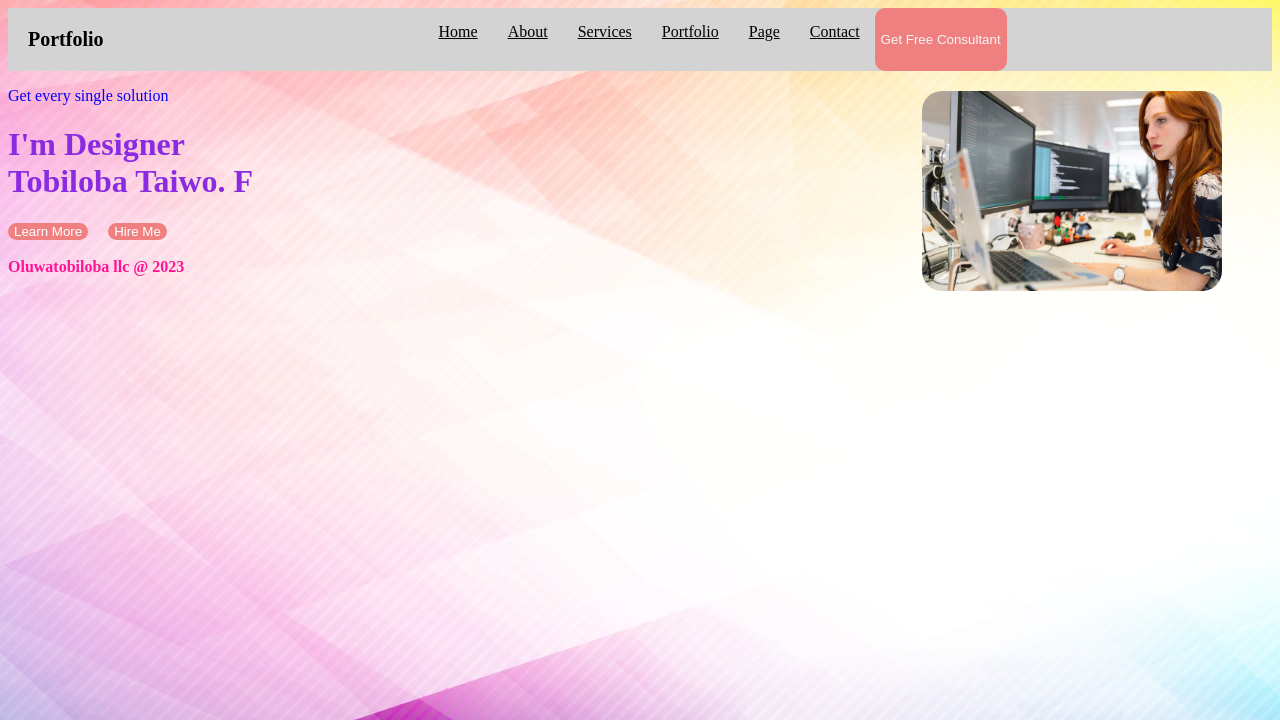
Repository: Tobby004/bdc_task_1
Page: index.html
An editor plug-in stored every save of this project. The page is shown before and after the next save, followed by the edit.
The browser window is 1280 px wide. The pictures show the whole page.

Above is the page before, as saved 2023-02-19 01:23:52.

### index.html
<!DOCTYPE html>
<html lang="en">
<head>
    <meta charset="UTF-8">
    <meta http-equiv="X-UA-Compatible" content="IE=edge">
    <meta name="viewport" content="width=device-width, initial-scale=1.0">
    <title>Template</title>
    <link rel="stylesheet" href="task.css">
</head>
<header>
    <b> Portfolio</b>
    <a href="#">Home</a>
    <a href="#">About</a>
    <a href="#">Services</a>
    <a href="#">Portfolio</a>
    <a href="#">Page</a>
    <a href="#">Contact</a>
    <button>Get Free Consultant</button>
</header>
<body>
    <img src="img1.jpeg">
    <p>Get every single solution</p>
    <h1> I'm Designer <br> Tobiloba Taiwo. F</h1>
    <button>Learn More</button><button>Hire Me</button>
    <br>
    <br>
    <footer><b>Oluwatobiloba llc @ 2023</b></footer>
</body>
</html>

### task.css
* {
    box-sizing: border-box;
}
header {
    display: flex;
    background: lightgray

}
header b {
    display: flex;
    padding: 20px;
    margin-right: 300px;
    font-size: 20px;

}
header a {
    padding: 15px;
    display: flex;
    color: black;
}
img {
    width: 300px;
    margin-top: 20px;
    float: right;
    border-radius: 20px;
    margin-right: 50px;
}
button {
    margin-inline-end: 20px;
    background-color: lightcoral;
}
body {
    background-image: url(back001.jpeg)
}
header button {
    color: whitesmoke;
}
button {
    color: white;
    border-radius: 10px;
    border: none;
}
h1 {
    color: blueviolet;
}
footer {
    color: deeppink;
}
p {
    color: blue;
}

After the next save:
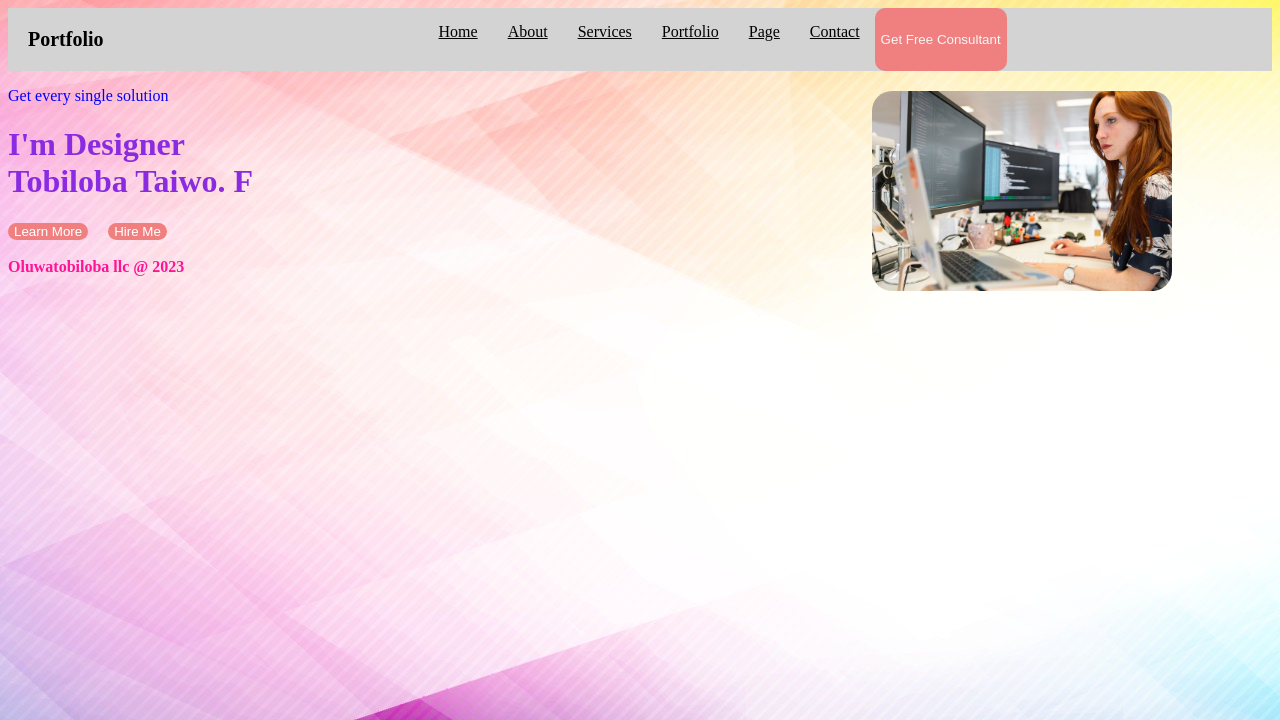
Saved 21 s later.
--- a/task.css
+++ b/task.css
@@ -23,7 +23,7 @@ img {
     margin-top: 20px;
     float: right;
     border-radius: 20px;
-    margin-right: 50px;
+    margin-right: 100px;
 }
 button {
     margin-inline-end: 20px;
